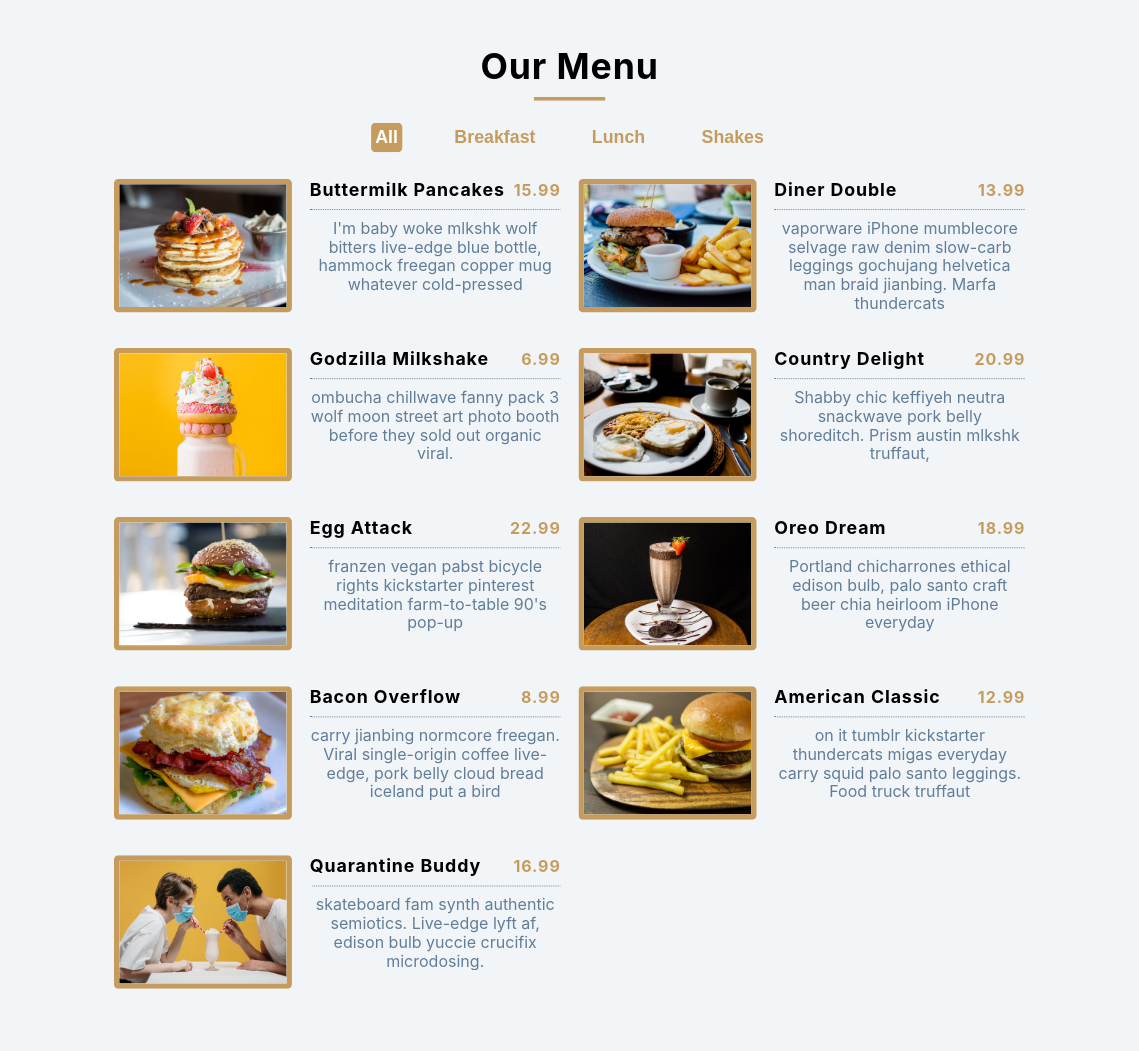
Repository: thaiduy1704/TypeScriptBasic
Page: / (app in 05-Menu/)
An editor plug-in stored every save of this project. The page is shown before and after the next save, followed by the edit.
The browser window is 1280 px wide. The pictures show the whole page, at 89% of full size.
The project was rebuilt for these pictures with package versions that can differ from the ones it lists, and the page was loaded fresh each time.

Above is the page before, as saved 2022-10-28 16:48:44.

After the next save:
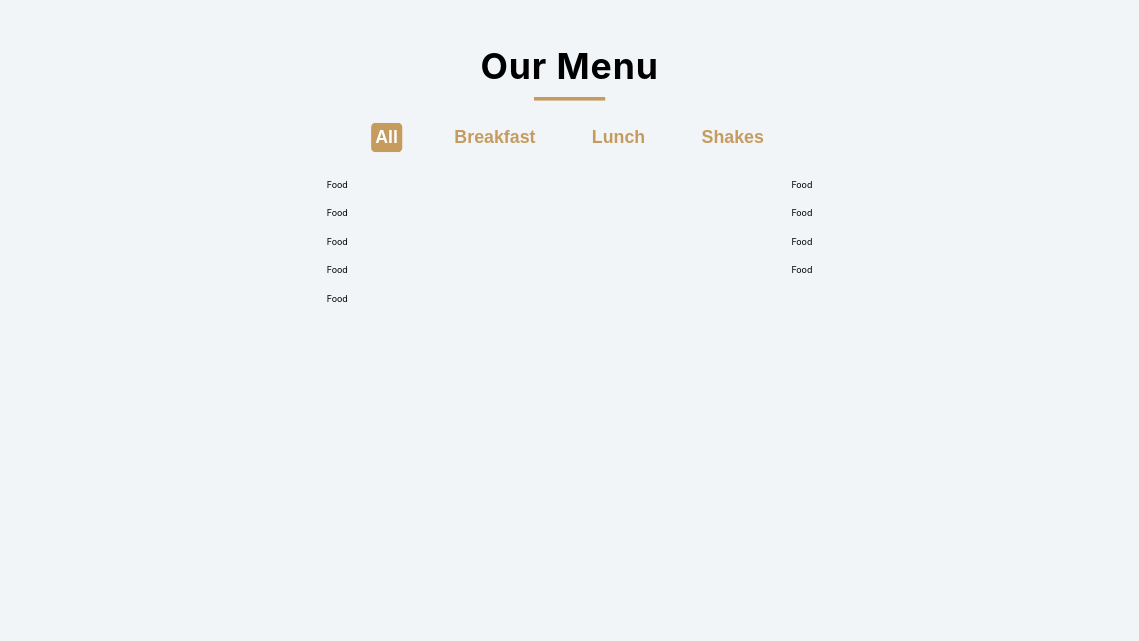
Saved 7 min 22 s later.
--- a/05-Menu/src/components/Food.tsx
+++ b/05-Menu/src/components/Food.tsx
@@ -1,67 +1,7 @@
 import React from 'react';
-import styled from 'styled-components';
 
-export interface FoodType {
-	id: number;
-	title: string;
-	category: string;
-	price: number;
-	img: string;
-	desc: string;
-}
+const Food = () => {
+	return <div>Food</div>;
+};
 
-const Food: React.FC<FoodType> = ({
-	id,
-	title,
-	category,
-	price,
-	img,
-	desc,
-}) => {
-	return (
-		<Wrapper>
-			<img src={img} alt={title} />
-			<div className='info'>
-				<header>
-					<h3>{title}</h3>
-					<h4>{price}</h4>
-				</header>
-				<p>{desc}</p>
-			</div>
-		</Wrapper>
-	);
-};
-const Wrapper = styled.article`
-	display: grid;
-	grid-template-columns: 20rem 1fr;
-	grid-gap: 2rem;
-	margin-bottom: 2rem;
-	img {
-		width: 100%;
-		height: 150px;
-		object-fit: cover;
-		border: 6px solid var(--clr-primary);
-		border-radius: var(--radius);
-	}
-	@media only screen and (max-width: 1200px) {
-		img {
-			height: 200px;
-		}
-	}
-	header {
-		display: flex;
-		align-items: center;
-		justify-content: space-between;
-		border-bottom: 1px dotted #617d98;
-		margin-bottom: 1rem;
-
-		h3 {
-			font-size: 2rem;
-		}
-		h4 {
-			font-size: 1.8rem;
-			color: var(--clr-primary);
-		}
-	}
-`;
 export default Food;
